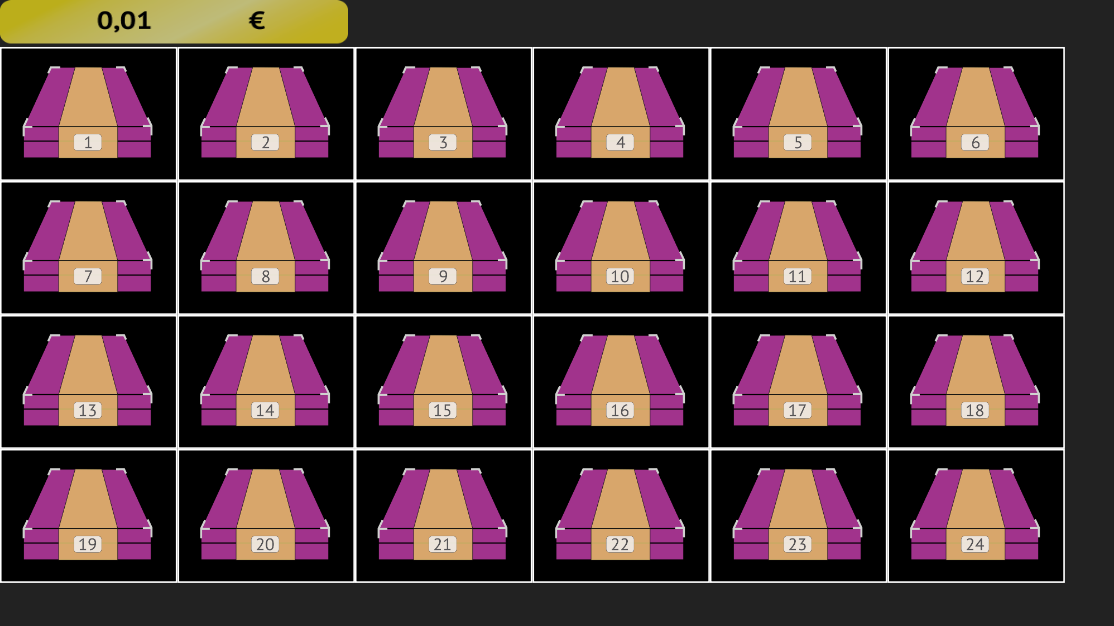
Repository: elnacp/Deal_or_no_deal
Page: DealOrNoDeal/index.html
These files come from the project's save history. The page is drawn as it stood at one moment and after the next save; the edit follows.
The browser window is 1280 px wide. The pictures show the whole page, at 87% of full size.
Some web libraries are served in a nearby version.

Above is the page before, as saved 2017-11-25 23:21:37.

After the next save:
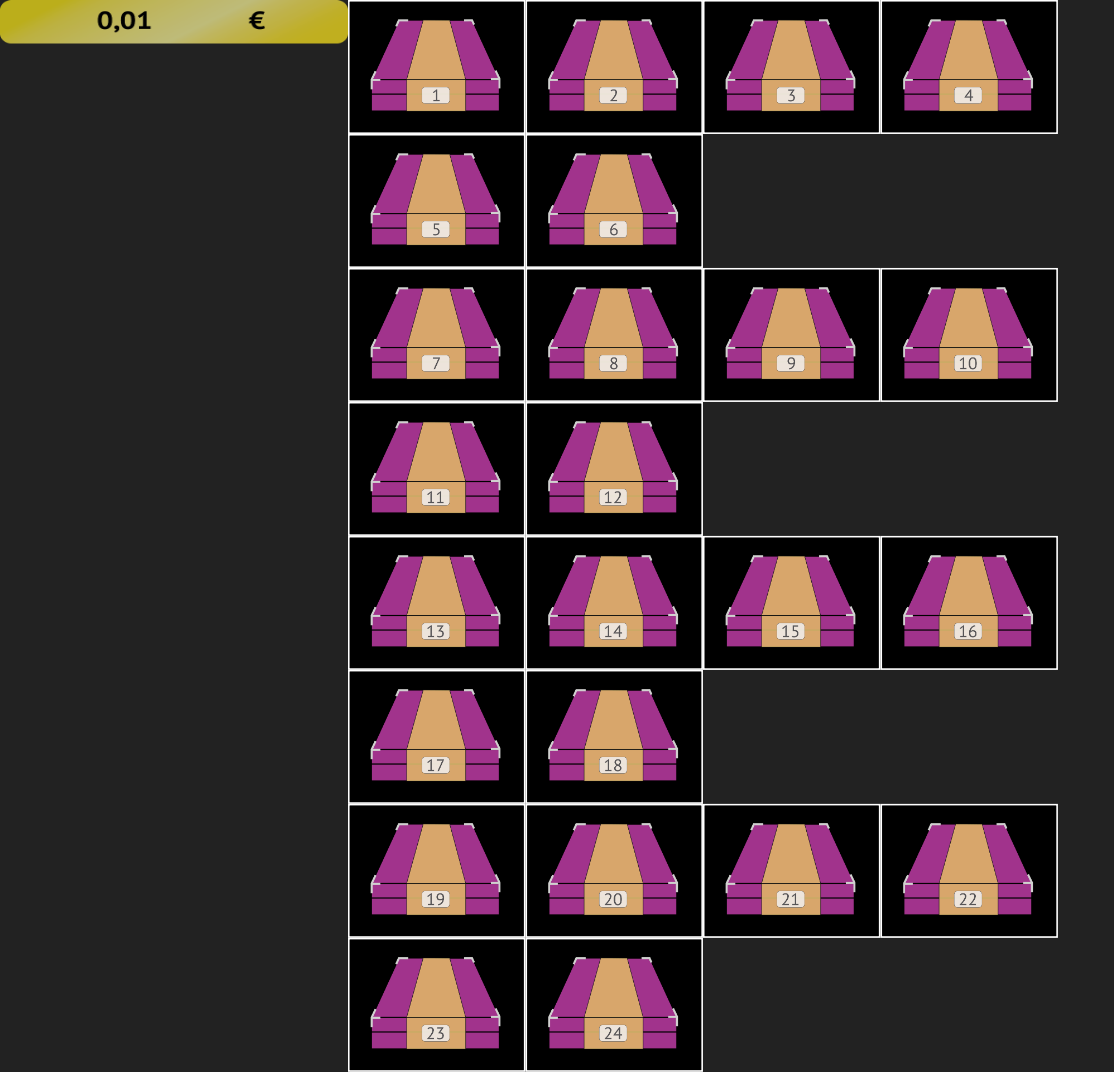
Saved 60 s later.
--- a/DealOrNoDeal/css/style.css
+++ b/DealOrNoDeal/css/style.css
@@ -23,23 +23,18 @@ body {
 }
 
 #container {
-    width:100%;
-    text-align:center;
+  	display: flex;
+  	flex-flow: row nowrap; /* Align on the same line */
+  	justify-content: space-between; /* Equal margin between the child elements */
 }
 
-#left {
-    float:left;
-    width:100px;
-}
 
-#center {
-   float:left;
-}
 
-#right {
-    float:right;
-    width:100px;
-}
+
+
+
+
+
 #prizes{
 	width: 400px;
 	height:50px;
